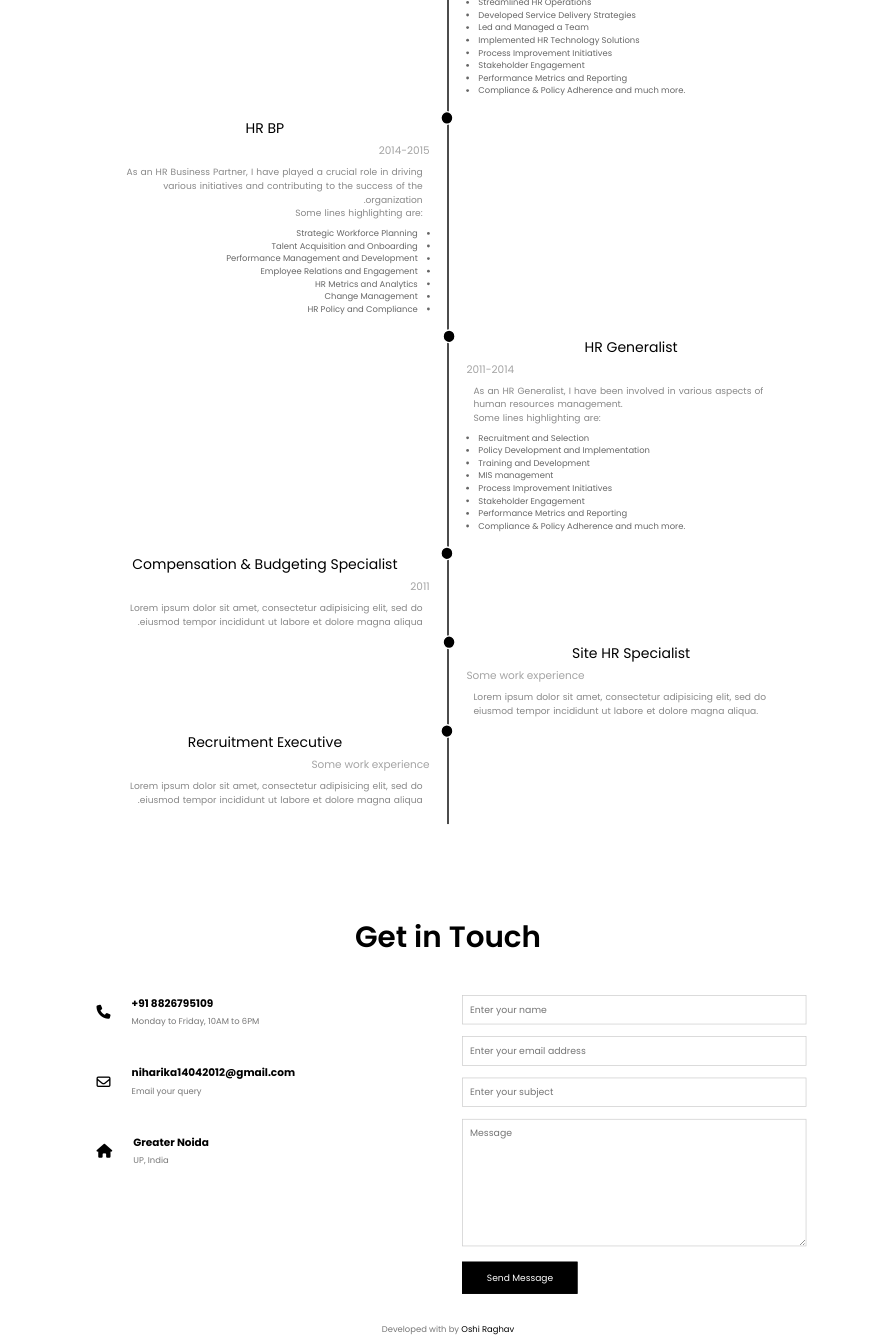
Repository: xoshiraghavx/Niharika-portfolio
Page: index.html
An editor plug-in stored every save of this project. The page is shown before and after the next save, followed by the edit.
The browser window is 1280 px wide. The pictures show the part of the page from y = 1679 to 3599 px (the page is 3599 px tall before and 3527 px after), at 70% of full size.
Some web libraries are served in a nearby version.

Above is the page before, as saved 2023-06-16 10:50:00.

### index.html
<!DOCTYPE html>
<html lang="en">
<head>
    <meta charset="UTF-8">
    <meta http-equiv="X-UA-Compatible" content="IE=edge">
    <meta name="viewport" content="width=device-width, initial-scale=1.0">
    <title>Niharika Singh | Portfolio</title>
    <link rel="stylesheet" href="../css/index.css">
    <link rel="preconnect" href="https://fonts.googleapis.com">
<link rel="preconnect" href="https://fonts.gstatic.com" crossorigin>
<link href="https://fonts.googleapis.com/css2?family=Poppins:wght@100;200;300;400;600;700&family=Righteous&display=swap" rel="stylesheet">
<link rel="stylesheet" href="https://stackpath.bootstrapcdn.com/font-awesome/4.7.0/css/font-awesome.min.css">
<link rel="stylesheet" href="./css/particle.css">
<link href="https://unpkg.com/aos@2.3.1/dist/aos.css" rel="stylesheet">
<link rel="icon" href="./img/image.jpg">

</head>
<body>
    <section class="header" id="head">
        <div id="particles-js">
        <nav>
            <div class="logo">
                <h2>NS</h2>
            </div>
            <div class="nav-links" id="navLinks">
                <i class="fa fa-times" onclick="hideMenu()"></i>
                <ul>
                    <li><a href="#head">HOME</a></li>
                    <li><a href="#about">ABOUT</a></li>
                    <li><a href="#work">WORK</a></li>
                    <li><a href="#contact">CONTACT</a></li>
                </ul>
            </div>
            <div class="social">
                    <div><a href="https://www.linkedin.com/in/niharika-singh-54130b13/" target="_blank"><i class="fa-brands fa-linkedin"></i></a></div>
                    <div><a href="https://www.facebook.com/people/Niharika-Singh/pfbid0zDJLjq1fehJWAvFLc7zkpJ6FsEs1uDxExLjwh94ZH389RFf4Q5YAZHgxJCLQanLsl/" target="_blank"><i class="fa-brands fa-facebook"></i></a></div>
                    <div><a href="https://www.instagram.com/niharika14042012/" target="_blank"><i class="fa-brands fa-instagram"></i></a></div>
            </div>
        </nav>

        <div id="home"data-aos="zoom-in" data-aos-duration="1000">
            <div class="img">
                <p style="color: #c5c1c1; font-weight: 600;">Hello, I'm</p>
            </div>
            <h1 class="hh1">NIHARIKA SINGH</h1>
            <div class="p1"data-aos="fade-in" data-aos-delay="1300"data-aos-duration="1000">
                <p>As an HR professional, I nurture a harmonious and productive workforce.</p>
            </div>
            <div class="container">
                <a href="#about">
                <div class="field" >
                    <div class="mouse"></div>
                </div>
            </a>
            </div>
    </div>
    </section>

<!-- ---------About----------------- -->
<section class="about-us" id="about">
    <div class="row1">
        <div class="about-col">
            <h1>About me</h1>
            <p>Lorem ipsum dolor sit amet consectetur adipisicing elit. Voluptates unde necessitatibus consectetur aut, quisquam at, dolorem, deleniti deserunt a error officia? Quas, quos. Nemo assumenda fugiat dolore ad illo soluta.Lorem ipsum dolor sit amet consectetur adipisicing elit. Voluptates unde necessitatibus consectetur aut, quisquam at, dolorem, deleniti deserunt a error officia? Quas, quos. Nemo assumenda fugiat dolore</p>
        </div>
    </div>
    <div class="bar">
        <div class="count">
            <div class="exp">
                <h1>17+</h1>
            </div>
            <div class="exp_name">
                <h4>Years</h4>
            </div>
        </div>
        <div class="count">
            <div class="exp">
                <h1>5</h1>
            </div>
            <div class="exp_name">
                <h4>Domain of HR</h4>
            </div>
        </div>
        <div class="count">
            <div class="exp">
                <h1>2</h1>
            </div>
            <div class="exp_name">
                <h4>Green Field Project </h4>
            </div>
        </div>
        <div class="count">
            <div class="exp">
                <h1>10+</h1>
            </div>
            <div class="exp_name">
                <h4>Processes </h4>
            </div>
        </div>
    </div>
    <div class="skills">
        <ul>
            <li>HR Shared Services setup</li>
            <li>Expat Management</li>
            <li>Global Center Setup</li>
        </ul>
        <ul>
            <li>HR Transformation & Digitization</li>
            <li>ERP enablement & Integration</li>
            <li>Process Simplification</li>
        </ul>
    </div>
    <div class="cv">
        <button><a href="./img/CV-Niharika Singh.pdf">Download CV </a><i class="fa fa-download"></i></button>
    </div>
</section>
<!-- ------------Timeline------------- -->
<section id="work">
    <h1>Work Experience</h1>
    <div class="timeline">
            <div class="timeline-block timeline-block-right">
               <div class="marker"></div>
               <div class="timeline-content">
                  <h3>HR Shared Services Lead </h3>
                  <span>2016-2023</span>
                  <p>As an HRSS Lead, I have undertaken various responsibilities and accomplished several key tasks.
                    <br>Some lines highlighting are:
                    <li>Streamlined HR Operations</li>
                    <li>Developed Service Delivery Strategies</li>
                    <li>Led and Managed a Team</li>
                    <li>Implemented HR Technology Solutions</li>
                    <li>Process Improvement Initiatives</li>
                    <li>Stakeholder Engagement</li>
                    <li>Performance Metrics and Reporting</li>
                    <li>Compliance & Policy Adherence and much more.</li>  </p>
               </div>
            </div>
            <div class="timeline-block timeline-block-left">
               <div class="marker"></div>
               <div class="timeline-content">
                  <h3>HR BP</h3>
                  <span>2014-2015</span>
                  <p>As an HR Business Partner, I have played a crucial role in driving various initiatives and contributing to the success of the organization.
                    <br>:Some lines highlighting are
                    <li>Strategic Workforce Planning</li>
                    <li>Talent Acquisition and Onboarding</li>
                    <li>Performance Management and Development</li>
                    <li>Employee Relations and Engagement</li>
                    <li>HR Metrics and Analytics</li>
                    <li>Change Management</li>
                    <li>HR Policy and Compliance</li></p>
               </div>
            </div>
            <div class="timeline-block timeline-block-right">
                <div class="marker"></div>
                <div class="timeline-content">
                   <h3>HR Generalist</h3>
                   <span>2011-2014</span>
                   <p>As an HR Generalist, I have been involved in various aspects of human resources management.
                    <br>Some lines highlighting are:
                    <li>Recruitment and Selection</li>
                    <li>Policy Development and Implementation</li>
                    <li>Training and Development</li>
                    <li>MIS management</li>
                    <li>Process Improvement Initiatives</li>
                    <li>Stakeholder Engagement</li>
                    <li>Performance Metrics and Reporting</li>
                    <li>Compliance & Policy Adherence and much more.</li>  </p>
                </div>
             </div>
            <div class="timeline-block timeline-block-left">
               <div class="marker"></div>
               <div class="timeline-content">
                  <h3>Compensation & Budgeting Specialist </h3>
                  <span>2011</span>
                  <p>Lorem ipsum dolor sit amet, consectetur adipisicing elit, sed do eiusmod tempor incididunt ut labore et dolore magna aliqua.</p>
               </div>
            </div>

            <div class="timeline-block timeline-block-right">
               <div class="marker"></div>
               <div class="timeline-content">
                  <h3>Site HR Specialist </h3>
                  <span>Some work experience</span>
                  <p>Lorem ipsum dolor sit amet, consectetur adipisicing elit, sed do eiusmod tempor incididunt ut labore et dolore magna aliqua.</p>
               </div>
            </div>

            <div class="timeline-block timeline-block-left">
               <div class="marker"></div>
               <div class="timeline-content">
                  <h3>Recruitment Executive </h3>
                  <span>Some work experience</span>
                  <p>Lorem ipsum dolor sit amet, consectetur adipisicing elit, sed do eiusmod tempor incididunt ut labore et dolore magna aliqua.</p>
               </div>
            </div>
    </div>
</section>
<section class="contact-us" id="contact">
    <h1>Get in Touch
    </h1>
    <div class="row">
        <div class="contact-col">
            <div>
                 <i class="fa fa-phone"></i>
                 <span>
                     <h5><a href="tel: +918178788527">+91 8826795109</a></h5>
                     <p>Monday to Friday, 10AM to 6PM</p>
                 </span>
            </div>
            <div>
                 <i class="fa fa-envelope-o"></i>
                 <span>
                     <h5><a href="mailto: niharika14042012@gmail.com ">niharika14042012@gmail.com</a></h5>
                     <p>Email your query</p>
                 </span>
            </div>
            <div>
                <i class="fa fa-home"></i>
                <span>
                    <h5><a href="https://www.google.com/maps/place/Greater+Noida,+Uttar+Pradesh/@28.4985622,77.3511809,11z/data=!3m1!4b1!4m6!3m5!1s0x390cea64b8f89aef:0xec0ccabb5317962e!8m2!3d28.4743879!4d77.5039904!16zL20vMGN3OXEy?entry=ttu" target="_blank">Greater Noida</a></h5>
                    <p>UP, India</p>
                </span>
           </div>
        </div>
        <div class="contact-col">
            <form action="https://formcarry.com/s/P6GKrEghsf" method="POST" accept-charset="UTF-8">
                <input type="text" name="name" placeholder="Enter your name" required>
                <input type="email" name="email" placeholder="Enter your email address" required>
                <input type="text" name="subject" placeholder="Enter your subject" required>
                <textarea rows="8" name="message" placeholder="Message" required></textarea>
                <button type="submit" class="hero-btn">Send Message</button>
            </form>
        </div>
    </div>
</section>
<!-- --------footer--------- -->
<section class="footer">
    <p style="text-align: center;">Developed with by <a href="https://www.linkedin.com/in/oshiraghav/" target="_blank">Oshi Raghav</a></p>
</section>

<!-- ---------------javascript----------------->
    	<script src=
		"particles.js-master/particles.js">
	</script>
	<script src=
		"/particles.js-master/demo/js/app.js">
	</script>
     <script src="https://unpkg.com/aos@2.3.1/dist/aos.js"></script>
    <script>
     AOS.init();
    </script>
    <script src="https://kit.fontawesome.com/b6191824ce.js" crossorigin="anonymous"></script>
</body>
</html>

### css/index.css
*{
    margin: 0;
    padding: 0;
    font-family: 'poppins', sans-serif;
    scroll-behavior: smooth;
}
.header{
    min-height: 100vh;
    width: 100%;
}
h3{
    color: #000;
}
nav{
    display: flex;
    padding: 1rem 0rem;
    background: #ffffff;
    justify-content: space-around;
    align-items: center;
    position: fixed;
    width: 100%;
    backdrop-filter: blur(3px);
    z-index: 2;
}
.logo{
    background: #000;
    color: #ffffff;
    border-radius: 100%;
    padding: 5pt 6pt;
}
.nav-links ul li{
    list-style: none;
    display: inline-block;
    padding: 8px 12px;
    position: relative;
}
.nav-links ul li a{
    color: #000000;
    text-decoration: none;
    font-size: 13px;
}
.nav-links ul li::after{
    content: '';
    width: 0%;
    height: 2px;
    background: #000000;
    display: block;
    margin: auto;
    transition: 0.5s;
}
.nav-links ul li:hover::after{
    width: 100%;
}
.social{
    display: grid;
    grid-template-columns: auto auto auto auto;
    column-gap: 15px;
    font-size: 1.2rem;
    color: #000000;
}
.social a{
    color: #000;
}
.social:hover{
    cursor: pointer;
}
#home{
    position: absolute;
    text-align: center;
    width: 100%;
    margin-top: 250px;
    color: #ffffff;
}
.hh1{
    font-size: 4em;
}
#home p{
    padding-top: .5rem;
    font-size: 1rem;
    color: #c5c1c1;
}
.container {
	width: 100%;
	height: 100%;
	display: flex;
	align-items: center;
	justify-content: center;
    padding-top: 10rem;
}
.field:hover{
    cursor: pointer;
}

.field {
	display: flex;
	align-items: center;
	justify-content: space-around;
}

.mouse {
	width: 30px;
	height: 50px;
	border: 3px solid #ffffff;
	border-radius: 60px;
	position: relative;
	&::before {
		content: '';
		width: 8px;
		height: 8px;
		position: absolute;
		top: 10px;
		left: 50%;
		transform: translateX(-50%);
		background-color: #ffffff;
		border-radius: 50%;
		opacity: 1;
		animation: wheel 2s infinite;
		-webkit-animation: wheel 2s infinite;
	}
}
@keyframes wheel {
	to {
		opacity: 0;
		top: 30px;
	}
}

@-webkit-keyframes wheel {
	to {
		opacity: 0;
		top: 60px;
	}
}
nav .fa{
    display: none;
}
.hero-btn{
    display: inline-block;
    text-decoration: none;
    color: #fff;
    border: 1px solid #000000;
    padding: 12px 34px;
    font-size: 13px;
    background-color: #000;
    position: relative;
    cursor: pointer;
}
.hero-btn:hover{
    border: 1px solid #000000;
    background: #fff;
    color: #000;
    transition: 1s;
}
@media(max-width: 700px){
    .nav-links{
        display: none;
    }
}
.course{
    width: 80%;
    margin: auto;
    text-align: center;
    padding-top: 80px;
}
h1{
    font-size: 36px;
    font-weight: 600;
    text-align: center;
}
p{
    color: #777;
    font-size: 300;
    line-height: 22px;
    padding: 10px;
}
.row{
    margin-top: 5%;
    display: flex;
    justify-content: space-between;
}
.course-col{
    flex-basis: 31%;
    background: #fff3f3;
    border-radius: 10px;
    margin-bottom: 5%;
    padding: 20px 12px;
    box-sizing: border-box;
    transition: 0.5s;
}
h3{
    text-align: center;
    font-weight: 600;
    margin: 10px 0px;
}
.course-col:hover{
    box-shadow: rgba(241, 128, 128, 0.25) 0px 54px 55px, rgba(233, 177, 177, 0.12) 0px -12px 30px, rgba(238, 209, 209, 0.12) 0px 4px 6px, rgba(230, 100, 100, 0.17) 0px 12px 13px, rgba(250, 27, 27, 0.09) 0px -3px 5px;
}
@media(max-width: 700px){
    .row{
        flex-direction: column;
    }
}
/*  --------facilities--------*/
 .timeline {
    width: 80%;
    padding: 1rem 0;
    margin: 50px auto;
    position: relative;
    overflow: hidden;
 }
 .timeline:before {
    content: '';
    position: absolute;
    top: 0;
    left: 50%;
    margin-left: -1px;
    width: 2px;
    height: 100%;
    background: #000000;
    z-index: 1
 }
 .timeline-block {
    width: -webkit-calc(50% + 8px);
    width: -moz-calc(50% + 8px);
    width: calc(50% + 8px);
    display: -webkit-box;
    display: -webkit-flex;
    display: -moz-box;
    display: flex;
    -webkit-box-pack: justify;
    -webkit-justify-content: space-between;
    -moz-box-pack: justify;
    justify-content: space-between;
    clear: both;
 }
 .timeline-block-right {
    float: right;
 }
 .timeline-block-left {
    float: left;
    direction: rtl
 }
 .marker {
    width: 16px;
    height: 16px;
    border-radius: 50%;
    border: 2px solid #ffffff;
    background: #000000;
    z-index: 1
 }

 .timeline-content {
    width: 95%;
    padding: 0 15px;
    color: #666
 }

 .timeline-content h3 {
    margin-bottom: 5px;
    font-size: 20px;
    font-weight: 500
 }

 .timeline-content span {
    font-size: 15px;
    color: #a4a4a4;
 }

 .timeline-content p {
    font-size: 13px;
    line-height: 1.5em;
    word-spacing: 1px;
    color: #888;
 }


 @media screen and (max-width: 768px) {
    /* .container:before {
       left: 8px;
       width: 2px;
    }
    .timeline-block {
       width: 100%;
       margin-bottom: 30px;
    }
    .timeline-block-right {
       float: none;
    }

    .timeline-block-left {
       float: none;
       direction: ltr;
    } */
 }

/* -------about us page------- */
.about-us{
    width: 50%;
    margin: auto;
    padding-top: 100px;
    padding-bottom: 100px;
}
.about-col{
    flex-basis: 48%;
    text-align: center;
    padding: 10px 2px;
}
.about-col p{
    padding: 15px 0 25px;
}
.about-col h1{
    font-size: 4em;
}
.bar{
    display: flex;
    justify-content: space-between;
    text-align: center;
}
.count{
    display: grid;
    /* flex-direction: column;
    justify-content: center; */
}
.skills{
    display: flex;
    justify-content: space-around;
    padding-top: 3rem;
}
.cv{
    display: flex;
    justify-content: center;
    padding-top: 3rem;
}
.cv button{
    background-color: transparent;
    border: none;
}
.cv button a{
    text-decoration: none;
    color: #5d5c5c;
    font-weight: 600;
}
.cv .fa{
    color: #5d5c5c;
}
.cv :hover{
    color: #000000;
    cursor: pointer;
}
@media(max-width: 700px){
    .about-us{
        width: 90%;
        margin-top: -15%;
    }
    .about-col h1{
        font-size: 3em;
    }
    .bar{
        display: grid;
        grid-template-columns: 1fr 1fr;
    }
    .skills{
        display: grid;
        padding-left: 10%;
    }
    .cv button{
        font-size: 1rem;
        margin-top: -5%;
    }
}
/* ----contact us----- */
.location{
    width: 80%;
    margin: auto;
    padding: 80px 0;
}
.location iframe{
    width: 100%;
}
.contact-us{
    width: 80%;
    margin: auto;
    padding-top: 80px;
}
.contact-us h1{
    font-size: 3.5em;
}
.contact-col{
    flex-basis: 48%;
    margin-bottom: 30px;
}
.contact-col div{
    display: flex;
    align-items: center;
    margin-bottom: 50px;
}
.contact-col div .fa{
    font-size: 20px;
    color: #000000;
    margin: 10px;
    margin-right: 30px;
}
.contact-col a{
    text-decoration: none;
    color: #000;
}
.contact-col div p{
    padding: 0;
}
.contact-col div h5{
    font-size: 15px;
    margin-bottom: 4px;
    color: #000000;
    font-weight: bold;
}
.contact-col input, .contact-col textarea{
    width: 100%;
    padding: 10px;
    margin-bottom: 17px;
    outline: none;
    border: 1px solid #ccc;
    box-sizing:border-box ;
}

.footer a{
    text-decoration: none;
    color: #000000;
}
@media(max-width: 700px){
    .contact-col div{
        margin-bottom: 20px;
    }
    .contact-col{
        margin-bottom: 10px;
    }
}

### css/particle.css
/* ---- reset ---- */

body {
    margin: 0;
    font:normal 75% Arial, Helvetica, sans-serif;
  }

  canvas {
    display: block;
    vertical-align: bottom;
  }

  /* ---- particles.js container ---- */

  #particles-js {
    position: absolute;
    width: 100%;
    height: 100vh;
    background-color: #000000;
  }

  /* ---- stats.js ---- */

  .count-particles{
    background: #ff0000;
    position: absolute;
    top: 48px;
    left: 0;
    width: 80px;
    color: #13E8E9;
    font-size: .8em;
    text-align: left;
    text-indent: 4px;
    line-height: 14px;
    padding-bottom: 2px;
    font-family: Helvetica, Arial, sans-serif;
    font-weight: bold;
  }

  .js-count-particles{
    font-size: 1.1em;
  }

  #stats,
  .count-particles{
    -webkit-user-select: none;
  }

  #stats{
    border-radius: 3px 3px 0 0;
    overflow: hidden;
  }

  .count-particles{
    border-radius: 0 0 3px 3px;
  }

### particles.js-master/demo/js/app.js
/* -----------------------------------------------
/* How to use? : Check the GitHub README
/* ----------------------------------------------- */

/* To load a config file (particles.json) you need to host this demo (MAMP/WAMP/local)... */
/*
particlesJS.load('particles-js', 'particles.json', function() {
  console.log('particles.js loaded - callback');
});
*/

/* Otherwise just put the config content (json): */

particlesJS('particles-js',

  {
    "particles": {
      "number": {
        "value": 80,
        "density": {
          "enable": true,
          "value_area": 800
        }
      },
      "color": {
        "value": "#ffffff"
      },
      "shape": {
        "type": "circle",
        "stroke": {
          "width": 0,
          "color": "#000000"
        },
        "polygon": {
          "nb_sides": 5
        },
        "image": {
          "src": "img/github.svg",
          "width": 100,
          "height": 100
        }
      },
      "opacity": {
        "value": 0.5,
        "random": false,
        "anim": {
          "enable": false,
          "speed": 1,
          "opacity_min": 0.1,
          "sync": false
        }
      },
      "size": {
        "value": 5,
        "random": true,
        "anim": {
          "enable": false,
          "speed": 40,
          "size_min": 0.1,
          "sync": false
        }
      },
      "line_linked": {
        "enable": true,
        "distance": 150,
        "color": "#ffffff",
        "opacity": 0.4,
        "width": 1
      },
      "move": {
        "enable": true,
        "speed": 6,
        "direction": "none",
        "random": false,
        "straight": false,
        "out_mode": "out",
        "attract": {
          "enable": false,
          "rotateX": 600,
          "rotateY": 1200
        }
      }
    },
    "interactivity": {
      "detect_on": "canvas",
      "events": {
        "onhover": {
          "enable": true,
          "mode": "repulse"
        },
        "onclick": {
          "enable": true,
          "mode": "push"
        },
        "resize": true
      },
      "modes": {
        "grab": {
          "distance": 400,
          "line_linked": {
            "opacity": 1
          }
        },
        "bubble": {
          "distance": 400,
          "size": 40,
          "duration": 2,
          "opacity": 8,
          "speed": 3
        },
        "repulse": {
          "distance": 200
        },
        "push": {
          "particles_nb": 4
        },
        "remove": {
          "particles_nb": 2
        }
      }
    },
    "retina_detect": true,
    "config_demo": {
      "hide_card": false,
      "background_color": "#b61924",
      "background_image": "",
      "background_position": "50% 50%",
      "background_repeat": "no-repeat",
      "background_size": "cover"
    }
  }

);

Loaded but not shown: particles.js-master/particles.js (common file)

After the next save:
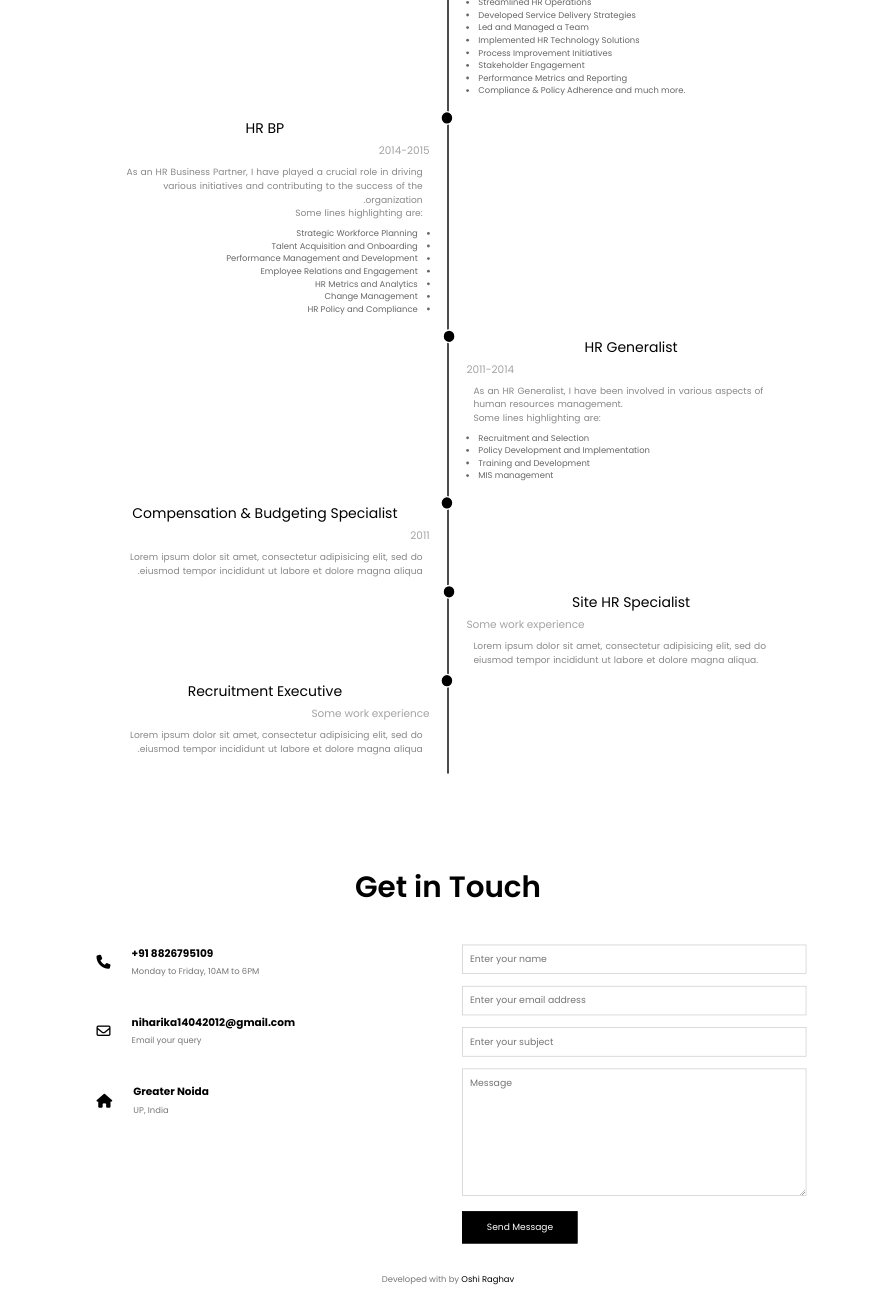
Saved 4 s later.
--- a/index.html
+++ b/index.html
@@ -161,11 +161,7 @@
                     <li>Recruitment and Selection</li>
                     <li>Policy Development and Implementation</li>
                     <li>Training and Development</li>
-                    <li>MIS management</li>
-                    <li>Process Improvement Initiatives</li>
-                    <li>Stakeholder Engagement</li>
-                    <li>Performance Metrics and Reporting</li>
-                    <li>Compliance & Policy Adherence and much more.</li>  </p>
+                    <li>MIS management</li> </p>
                 </div>
              </div>
             <div class="timeline-block timeline-block-left">
